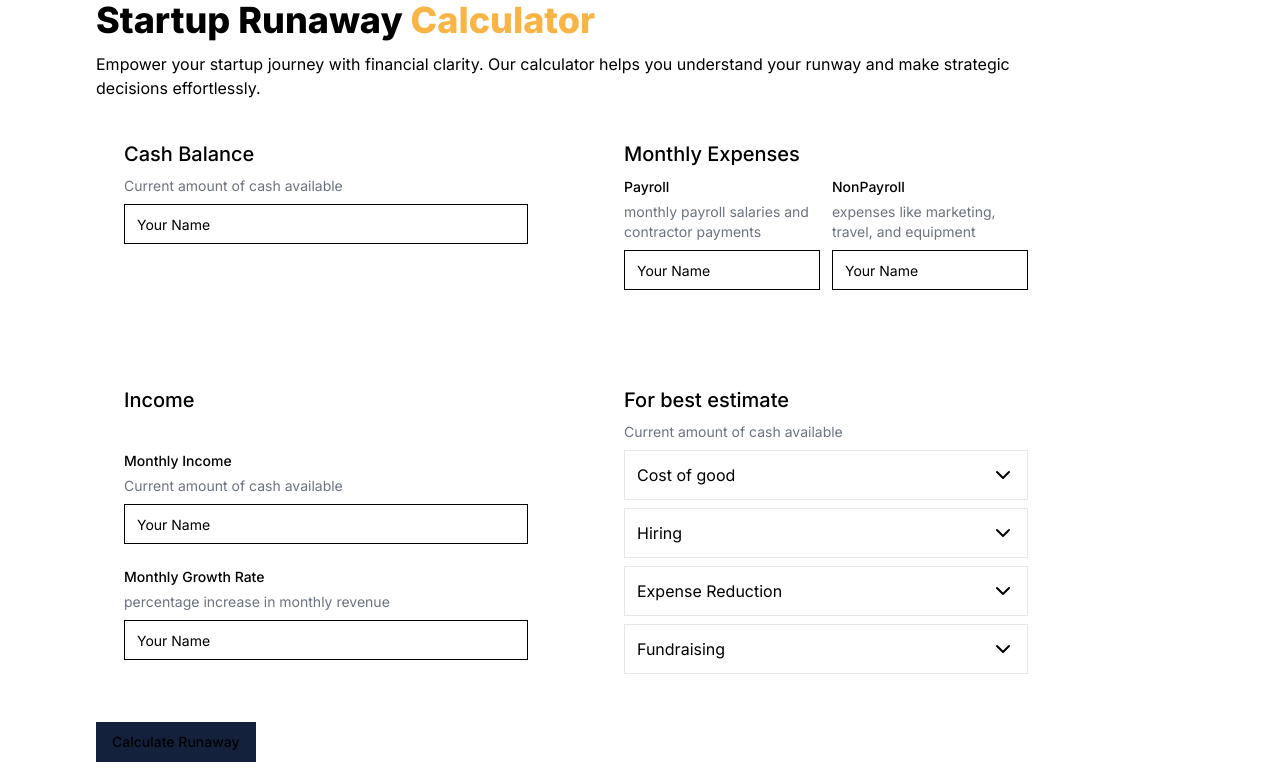
Repository: wossenF/startup-runaway-calculator
Page: /
These files come from the project's save history. The page is drawn as it stood at one moment and after the next save; the edit follows.
The browser window is 1280 px wide. The pictures show the whole page.
The project was rebuilt for these pictures with package versions that can differ from the ones it lists, and the page was loaded fresh each time. The framework's server and built-in components were replaced by stand-ins that run in the browser. Also part of the build but not shown: next.config.mjs.

Above is the page before, as saved 2024-04-08 13:39:34.

After the next save:
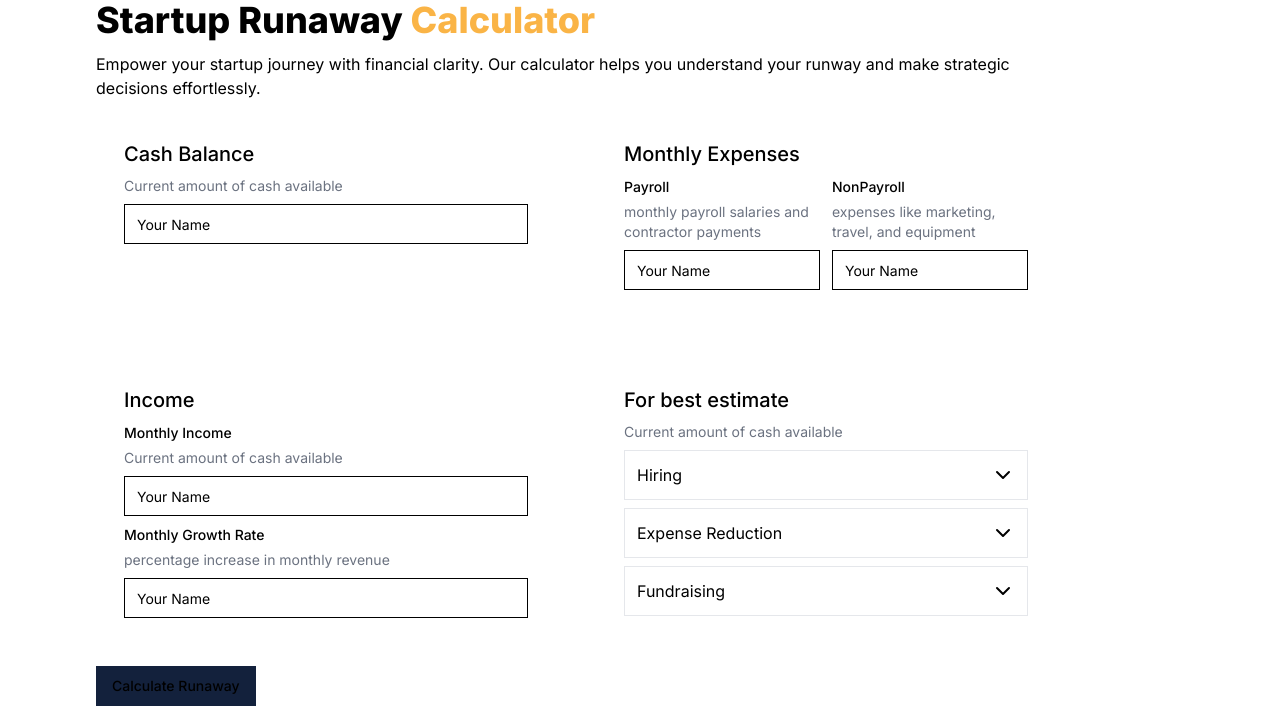
Saved 4 s later.
--- a/src/components/UserInput.tsx
+++ b/src/components/UserInput.tsx
@@ -71,12 +71,7 @@ const UserInput = () => {
           <p className="text-gray-500 text-sm ">
             Current amount of cash available
           </p>
-          <div className="p-3 gap-20 border rounded-md  ">
-            <div className="flex justify-between ">
-              <p>Cost of good </p>
-              <ChevronDown />
-            </div>
-          </div>
+
           <div className="flex justify-between p-3 gap-20 border rounded-md  ">
             <p>Hiring</p>
             <ChevronDown />
